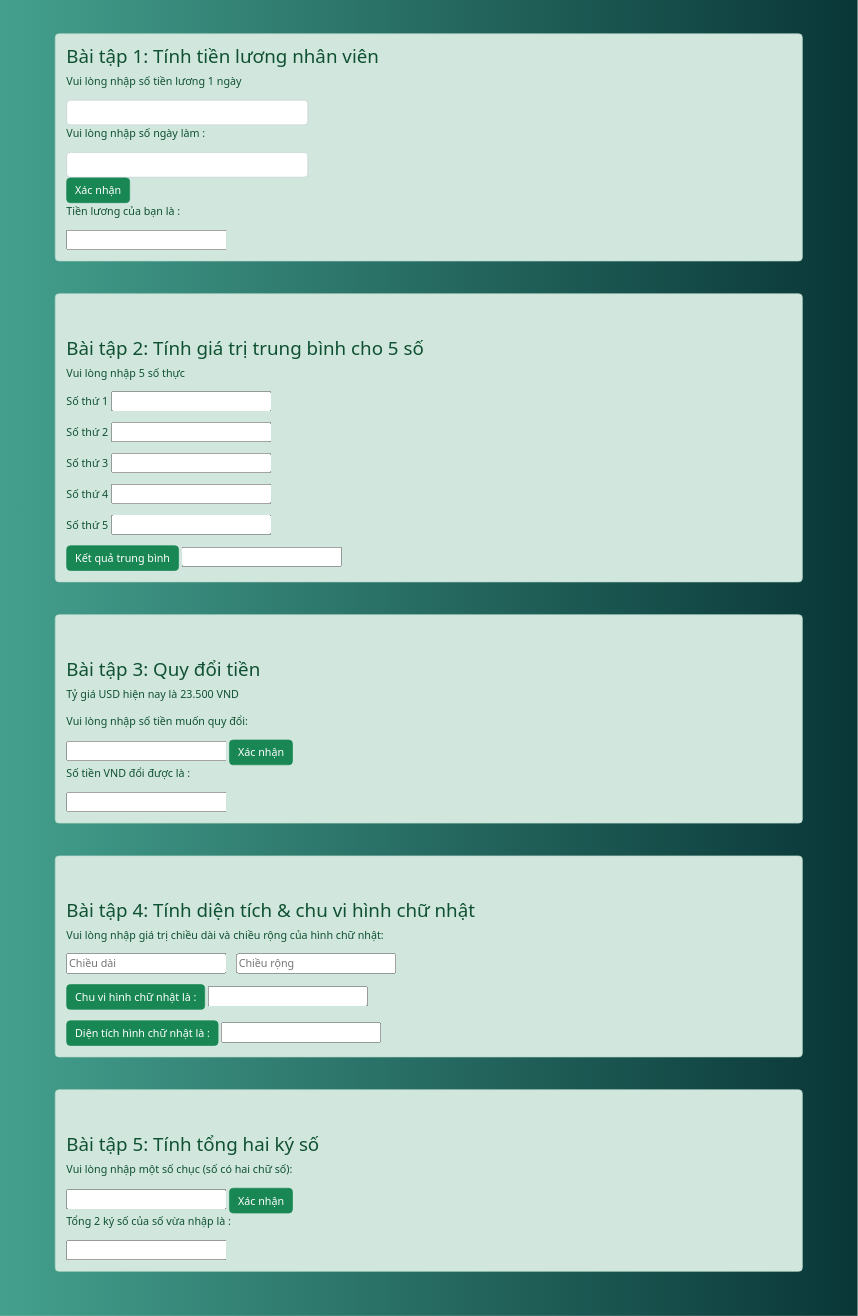
Repository: hcozyph/TranHuuPhuoc_BC43_BT_JS_Buoi2
Page: index.html
These files come from the project's save history. The page is drawn as it stood at one moment and after the next save; the edit follows.
The browser window is 1280 px wide. The pictures show the whole page, at 67% of full size.

Above is the page before, as saved 2023-02-03 20:36:11.

### index.html
<!DOCTYPE html>
<html lang="en">
    <head>
        <title>BT JS - Buoi 1</title>
        <!-- Required meta tags -->
        <meta charset="utf-8" />
        <meta
            name="viewport"
            content="width=device-width, initial-scale=1, shrink-to-fit=no"
        />

        <!-- font-family -->
        <link
            href="//fonts.googleapis.com/css2?family=Pacifico&amp;display=swap"
            rel="stylesheet"
        />
        <link
            href="//fonts.googleapis.com/css2?family=Quicksand:wght@300;400;500;600;700&amp;display=swap"
            rel="stylesheet"
        />

        <!-- Bootstrap CSS v5.2.1 -->
        <link
            href="https://cdn.jsdelivr.net/npm/bootstrap@5.2.1/dist/css/bootstrap.min.css"
            rel="stylesheet"
            integrity="sha384-iYQeCzEYFbKjA/T2uDLTpkwGzCiq6soy8tYaI1GyVh/UjpbCx/TYkiZhlZB6+fzT"
            crossorigin="anonymous"
        />

        <!-- FontAwesome 6.2.0 CSS -->
        <link
            rel="stylesheet"
            href="https://cdnjs.cloudflare.com/ajax/libs/font-awesome/6.2.0/css/all.min.css"
            integrity="sha512-xh6O/CkQoPOWDdYTDqeRdPCVd1SpvCA9XXcUnZS2FmJNp1coAFzvtCN9BmamE+4aHK8yyUHUSCcJHgXloTyT2A=="
            crossorigin="anonymous"
            referrerpolicy="no-referrer"
        />

        <!-- index.css -->
        <link rel="stylesheet" href="./style/index.css" />
    </head>

    <body>
        <div class="btvn">
            <!-- BT1 -->
            <div class="container">
                <!-- BT-1 -->
                <div class="BT1 alert alert-success">
                    <h1 class="fs-3">Bài tập 1: Tính tiền lương nhân viên</h1>

                    <div class="col-4">
                        <p>Vui lòng nhập số tiền lương 1 ngày</p>

                        <input
                            type="text"
                            id="luongMotNgay"
                            class="form-control"
                        />
                    </div>

                    <div class="col-4">
                        <p>Vui lòng nhập số ngày làm :</p>

                        <input
                            type="number"
                            id="soNgayLam"
                            class="form-control"
                        />
                    </div>

                    <div class="col-4">
                        <button
                            class="btn btn-success"
                            id="btnXacNhan"
                            onclick="inputSoNgayLam()"
                        >
                            Xác nhận
                        </button>
                    </div>

                    <p>Tiền lương của bạn là :</p>
                    <input type="text" id="result" />
                </div>

                <!-- BT2 -->
                <div class="BT2 alert alert-success mt-5">
                    <h1 class="fs-3 mt-5">
                        Bài tập 2: Tính giá trị trung bình cho 5 số
                    </h1>
                    <p>Vui lòng nhập 5 số thực</p>

                    <p>Số thứ 1 <input type="number" id="n1" /></p>
                    <p>Số thứ 2 <input type="number" id="n2" /></p>
                    <p>Số thứ 3 <input type="number" id="n3" /></p>
                    <p>Số thứ 4 <input type="number" id="n4" /></p>
                    <p>Số thứ 5 <input type="number" id="n5" /></p>

                    <button
                        class="btn btn-success"
                        id="btnAverage"
                        onclick="average()"
                    >
                        Kết quả trung bình
                    </button>
                    <input type="text" id="average" />
                </div>

                <!-- BT3 -->
                <div class="BT3 alert alert-success mt-5">
                    <h1 class="fs-3 mt-5">Bài tập 3: Quy đổi tiền</h1>
                    <p>Tỷ giá USD hiện nay là 23.500 VND</p>
                    <p>Vui lòng nhập số tiền muốn quy đổi:</p>

                    <input type="number" id="inputUsd" />
                    <button
                        class="btn btn-success"
                        id="btnTradeMoney"
                        onclick="tradeMoney ()"
                    >
                        Xác nhận
                    </button>

                    <p>Số tiền VND đổi được là :</p>
                    <input type="text" id="tradeMoney" />
                </div>

                <!-- BT4 -->
                <div class="BT4 alert alert-success mt-5">
                    <h1 class="fs-3 mt-5">
                        Bài tập 4: Tính diện tích & chu vi hình chữ nhật
                    </h1>
                    <p>
                        Vui lòng nhập giá trị chiều dài và chiều rộng của hình
                        chữ nhật:
                    </p>

                    <input type="number" id="length" placeholder="Chiều dài" />
                    <input
                        style="margin-left: 10px"
                        type="number"
                        id="width"
                        placeholder="Chiều rộng"
                    />

                    <div class="chuVi mt-3">
                        <button class="btn btn-success" onclick="chuVi()">
                            Chu vi hình chữ nhật là :
                        </button>
                        <input type="number" id="chuVi" />
                    </div>

                    <div class="dienTich mt-3">
                        <button class="btn btn-success" onclick="dienTich()">
                            Diện tích hình chữ nhật là :
                        </button>
                        <input type="number" id="dienTich" />
                    </div>
                </div>

                <!-- BT5 -->
                <div class="BT5 alert alert-success mt-5">
                    <h1 class="fs-3 mt-5">Bài tập 5: Tính tổng hai ký số</h1>
                    <p>Vui lòng nhập một số chục (số có hai chữ số):</p>
                    <input type="number" id="inputSoChuc" />
                    <button class="btn btn-success" onclick="tong2KySo()">
                        Xác nhận
                    </button>
                    <p>Tổng 2 ký số của số vừa nhập là :</p>
                    <input type="number" id="tong2KySo" />
                </div>
            </div>
        </div>

        <!-- Bootstrap JavaScript Libraries -->
        <script
            src="https://cdn.jsdelivr.net/npm/@popperjs/core@2.11.6/dist/umd/popper.min.js"
            integrity="sha384-oBqDVmMz9ATKxIep9tiCxS/Z9fNfEXiDAYTujMAeBAsjFuCZSmKbSSUnQlmh/jp3"
            crossorigin="anonymous"
        ></script>

        <script
            src="https://cdn.jsdelivr.net/npm/bootstrap@5.2.1/dist/js/bootstrap.min.js"
            integrity="sha384-7VPbUDkoPSGFnVtYi0QogXtr74QeVeeIs99Qfg5YCF+TidwNdjvaKZX19NZ/e6oz"
            crossorigin="anonymous"
        ></script>

        <!-- js customize -->
        <script src="./index.js"></script>
    </body>
</html>

### style/index.css
.btvn {
    background: linear-gradient(to right, rgb(68, 160, 141), rgb(9, 54, 55));
    background-repeat: no-repeat;
    background-size: cover;
    margin: 0 auto;
    padding: 50px;
}

### index.js
//BT1: Tính tiền lương nhân viên
function inputSoNgayLam () {
    //input:
    var soNgayLam = document.getElementById('soNgayLam').value;
    const luongMotNgay = 100000;

    //output:
    var result = 0;

    //progress
    var result = parseInt(soNgayLam) * parseInt(luongMotNgay);

    document.getElementById('result').value = result.toLocaleString() + ' VND';
}

//BT2: Tính trung bình cộng 5 số
function average () {
    //input:
    var n1 = document.getElementById('n1').value;
    var n2 = document.getElementById('n2').value;
    var n3 = document.getElementById('n3').value;
    var n4 = document.getElementById('n4').value;
    var n5 = document.getElementById('n5').value;
    //output:
    var average = 0;
    const soLuongInput = 5;

    //progress
    var sum = parseFloat(n1) + parseFloat(n2) + parseFloat(n3) + parseFloat(n4) + parseFloat(n5);

    var average =  sum / parseFloat(soLuongInput) ;

    document.getElementById('average').value = average;
}

//BT3: Quy đổi tiền
function tradeMoney () {
    //input
    var inputUsd = document.getElementById('inputUsd').value;
    const tyGia = 23500;

    //output
    var tradeMoney = 0;

    //progress
    var tradeMoney = parseInt(inputUsd) * parseInt(tyGia);
    document.getElementById('tradeMoney').value = tradeMoney.toLocaleString() + ' VND';
}

//BT4: Tính chu vi & diện tích hình chữ nhật
function chuVi () {
    // input
    var length = document.getElementById('length').value;
    var width = document.getElementById('width').value;

    //output
    var chuVi = ( parseInt(length) + parseInt(width) ) * 2;

    //progress
    document.getElementById('chuVi').value = chuVi.toLocaleString();
}


function dienTich () {
    // input
    var length = document.getElementById('length').value;
    var width = document.getElementById('width').value;

    //output
    var dienTich = parseInt(length) * parseInt(width) ;

    //progress
    document.getElementById('dienTich').value = dienTich.toLocaleString();
}


//BT5: Tính tổng hai ký số
function tong2KySo () {
    //input
    var inputSoChuc = document.getElementById('inputSoChuc').value;
    var hangChuc = 0;
    var hangDonVi = 0;

    //output
    var tong2KySo = 0;

    //progress
    var hangChuc = Math.floor(Number(inputSoChuc)/10)
    var hangDonVi = Math.floor(Number(inputSoChuc)%10)
    var tong2KySo = parseInt(hangChuc) + parseInt(hangDonVi);

    document.getElementById('tong2KySo').value = tong2KySo;
}
/*
Link vercel:
https://tran-huu-phuoc-bc-43-bt-js-buoi1.vercel.app/
*/

After the next save:
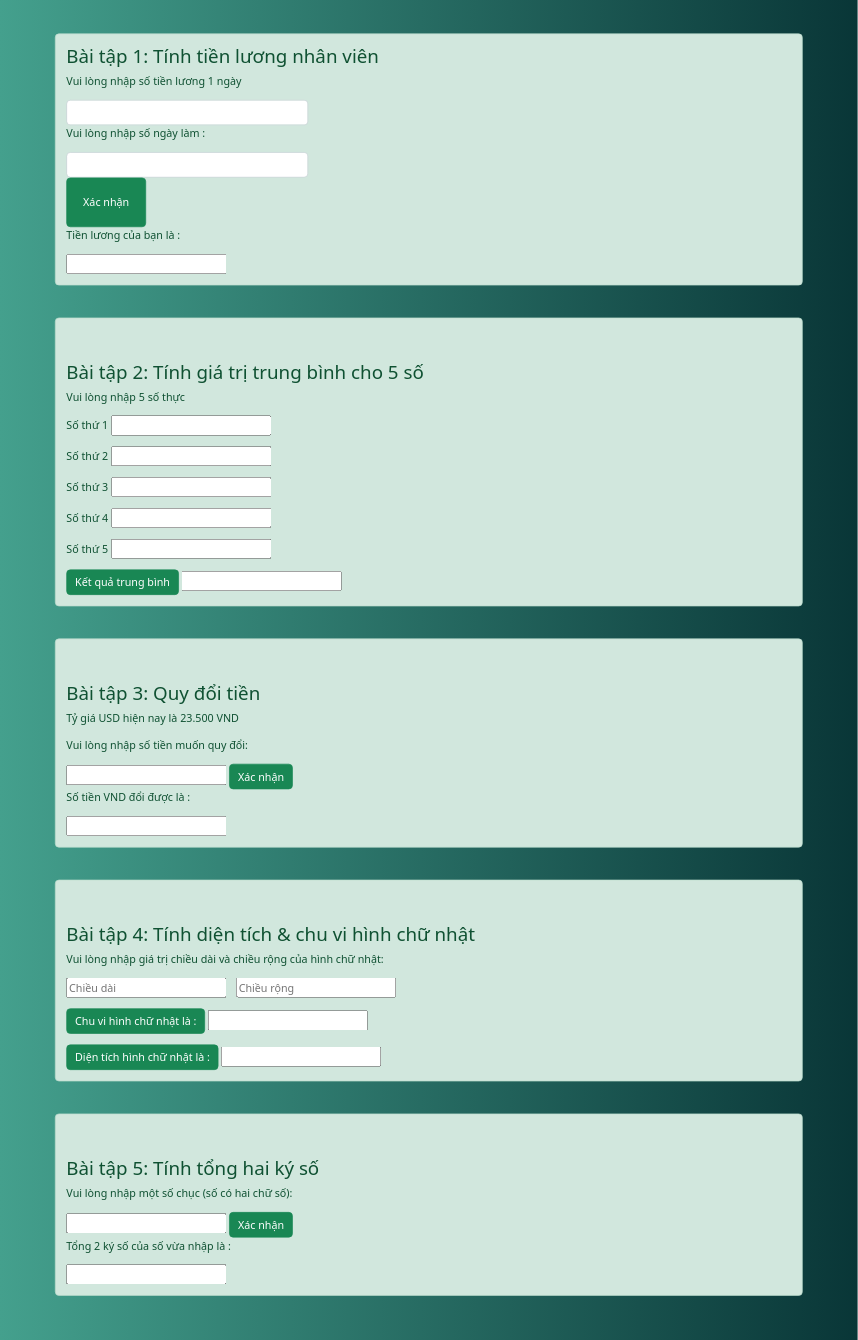
Saved 59 s later.
--- a/index.html
+++ b/index.html
@@ -70,7 +70,7 @@
 
                     <div class="col-4">
                         <button
-                            class="btn btn-success"
+                            class="btn btn-success d-inline-block p-4"
                             id="btnXacNhan"
                             onclick="inputSoNgayLam()"
                         >
